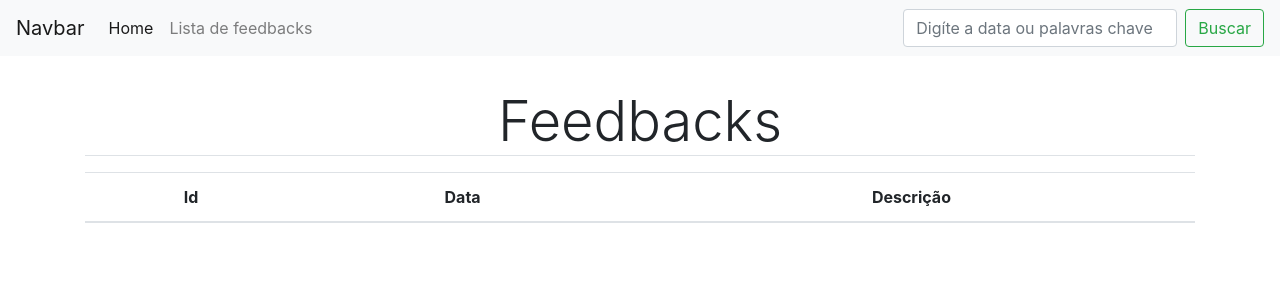
Repository: JulioSantooz/maisViagensSegundaVersao
Page: http://localhost/java-crud-mais-viagens/lista.jsp
These files come from the project's save history. The page is drawn as it stood at one moment and after the next save; the edit follows.
The browser window is 1280 px wide. The pictures show the whole page.
Some web libraries are served in a nearby version. The page is served by Tomcat 9.

Above is the page before, as saved 2022-02-06 23:04:34.

After the next save:
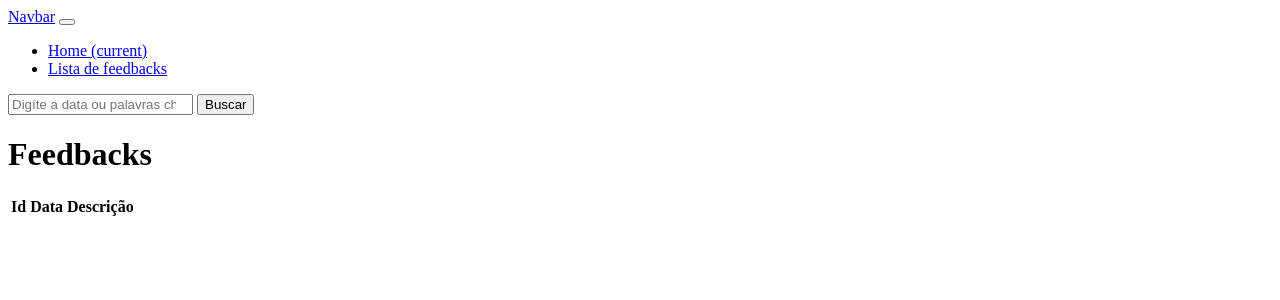
Saved 13 s later.
--- a/java-web(eclipse)/java-crud-mais-viagens/src/main/webapp/lista.jsp
+++ b/java-web(eclipse)/java-crud-mais-viagens/src/main/webapp/lista.jsp
@@ -5,7 +5,6 @@
 <html>
 <head>
 <meta charset="ISO-8859-1">
-<link rel="stylesheet" href="https://maxcdn.bootstrapcdn.com/bootstrap/4.0.0/css/bootstrap.css">
 <title>+Viagens - Todos os feedbacks</title>
 </head>
 <body>

After the 2 saves that followed:
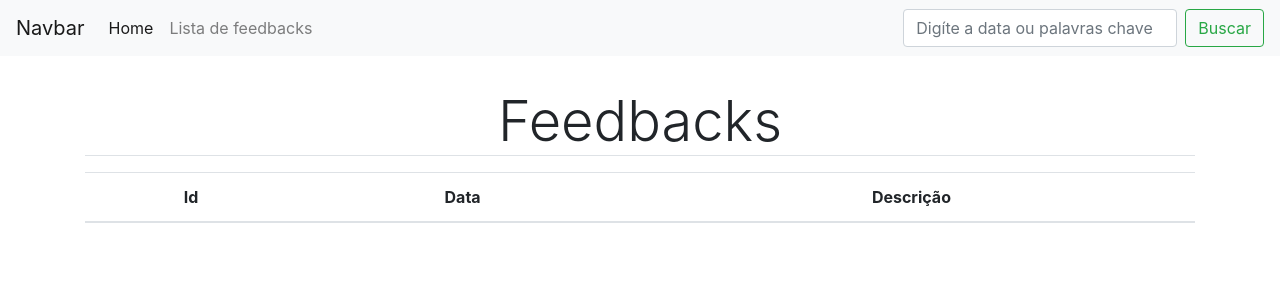
The 2 saves are shown as one change because they came seconds apart.
The last was saved 24 s later.
--- a/java-web(eclipse)/java-crud-mais-viagens/src/main/webapp/lista.jsp
+++ b/java-web(eclipse)/java-crud-mais-viagens/src/main/webapp/lista.jsp
@@ -5,6 +5,7 @@
 <html>
 <head>
 <meta charset="ISO-8859-1">
+<link rel="stylesheet" href="https://maxcdn.bootstrapcdn.com/bootstrap/4.0.0/css/bootstrap.css">
 <title>+Viagens - Todos os feedbacks</title>
 </head>
 <body>
@@ -49,6 +50,10 @@
 							<td>${feedback.id_feedback}</td>
 							<td>${feedback.data}</td>
 							<td>${feedback.descricao}</td>
+							<td>
+								<a href="FeedbackDelete?feedbackId=${feedback.id_feedback}">excluir</a> |
+								<a href="FeedbackUpdate?feedbackId=${feedback.id_feedback}">atualizar</a>
+							<td>
 						</tr>
 					</c:forEach>
 				</tbody>
@@ -58,7 +63,9 @@
 </main>
 
 
-
+<script src="https://code.jquery.com/jquery-3.2.1.slim.min.js"></script>
+<script src="https://cdnjs.cloudflare.com/ajax/libs/popper.js/1.12.9/umd/popper.min.js"></script>
+<script src="https://maxcdn.bootstrapcdn.com/bootstrap/4.0.0/js/bootstrap.js"></script>
 
 </body>
 </html>
